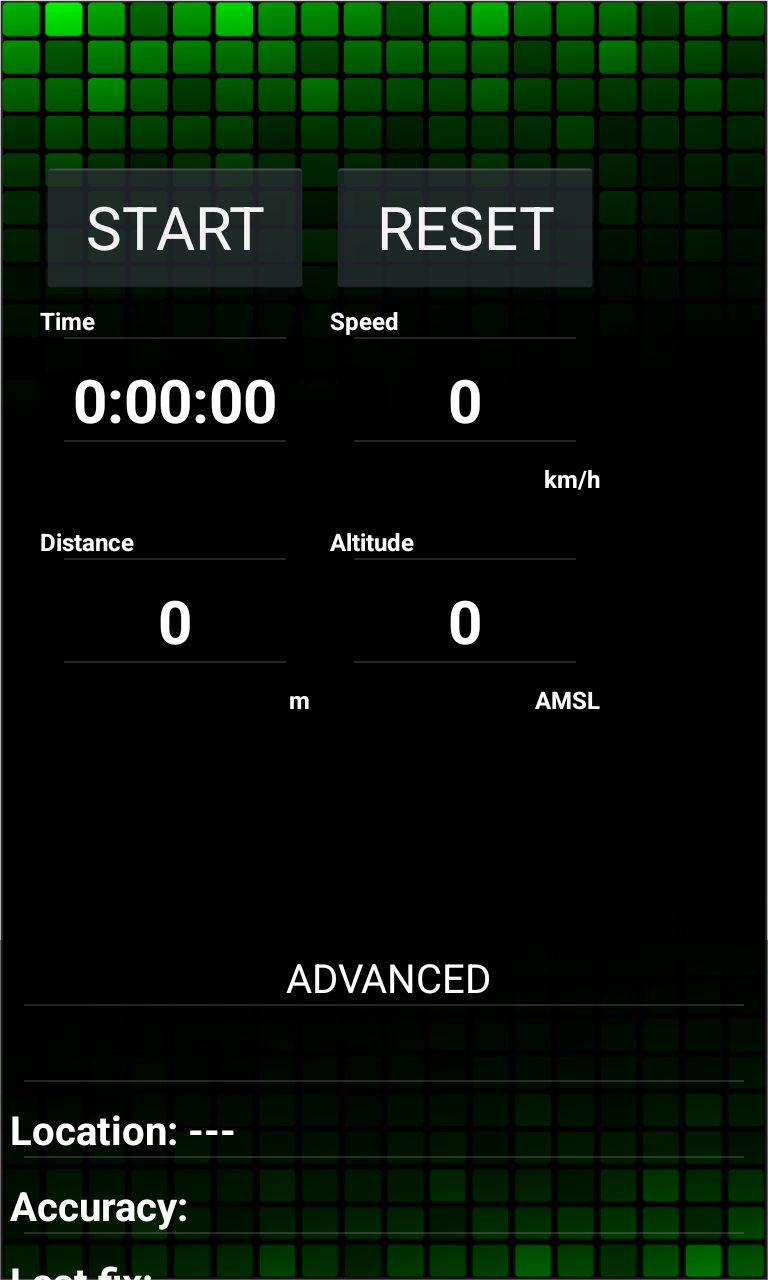
Repository: sebastianR1001/GeoApplication
Layout: GeoApplication/res/layout/activity_fullscreen.xml
An editor plug-in stored every save of this project. The layout is shown before and after the next save, followed by the edit.
It is drawn on a 768 x 1280 px phone screen (xhdpi) without system bars, with theme FullscreenTheme; the app's code is not run.

Above is the layout before, as saved 2014-11-05 08:01:53.

### GeoApplication/res/layout/activity_fullscreen.xml
<FrameLayout xmlns:android="http://schemas.android.com/apk/res/android"
    xmlns:tools="http://schemas.android.com/tools"
    android:layout_width="match_parent"
    android:layout_height="match_parent"
    android:background="@drawable/alik"
    tools:context="geo.geoapplication.FullscreenActivity" >

    <!--
         The primary full-screen view. This can be replaced with whatever view
         is needed to present your content, e.g. VideoView, SurfaceView,
         TextureView, etc.
    -->

    <TextView
        android:id="@+id/fullscreen_content"
        android:layout_width="match_parent"
        android:layout_height="match_parent"
        android:gravity="center"
        android:keepScreenOn="true"
        android:textSize="50sp"
        android:textStyle="bold" />

     <TableLayout
        android:layout_width="wrap_content"
        android:layout_height="wrap_content"
        android:layout_marginTop="80dp"
        android:layout_marginLeft="10dp"
        android:layout_marginRight="10dp"  >

         <TableRow
            android:id="@+id/tableRow0"
            android:layout_width="wrap_content"
            android:layout_height="wrap_content"
            >

            <Button
		        android:id="@+id/startButton"
		        android:layout_width="135dp"
		        android:layout_height="67dp"
		        android:layout_marginLeft="10dp"
		        android:textSize="30sp"
		        android:text="@string/startButton" />

		     <Button
		        android:id="@+id/resetButton"
		        android:layout_width="135dp"
		        android:layout_height="67dp"
		        android:layout_marginRight="10dp"
		        android:layout_marginLeft="10dp"
		        android:textSize="30sp"
		        android:text="@string/resetButton" />

        </TableRow>

        <TableRow
            android:id="@+id/tableRow1"
            android:layout_width="wrap_content"
            android:layout_height="wrap_content"
            >

            <LinearLayout
		        android:id="@+id/timeLayout"
		        style="?metaButtonBarStyle"
		        android:layout_width="wrap_content"
		        android:layout_height="wrap_content"
		        android:layout_weight="5"
		        android:layout_marginLeft="10dp"
		        android:background="@color/black_overlay"
		        android:orientation="vertical"
		        tools:ignore="UselessParent" >

			    <TextView
			        android:layout_width="match_parent"
			        android:layout_height="match_parent"
			        android:layout_marginTop="5dp"
			        android:text="@string/timeText"
			        android:id="@+id/timeText"
			        android:textColor="#ffffff"
			        android:textSize="12sp"
			        android:textStyle="bold" />

			    <TextView
			        android:layout_width="match_parent"
			        android:layout_height="match_parent"
			        android:text="@string/time"
			        android:id="@+id/time"
			        android:layout_marginTop="10dp"
			        android:gravity="center"
			        android:textColor="#ffffff"
			        android:textSize="30sp"
			        android:textStyle="bold" />

			    <TextView
			        android:layout_width="match_parent"
			        android:layout_height="match_parent"
			        android:layout_marginTop="10dp"
			        android:textColor="#ffffff"
			        android:textSize="12sp"
			        android:textStyle="bold" />

	        </LinearLayout>

			<LinearLayout
		        android:id="@+id/speedLayout"
		        style="?metaButtonBarStyle"
		        android:layout_width="wrap_content"
		        android:layout_height="wrap_content"
		        android:layout_weight="5"
		        android:layout_marginRight="10dp"
		        android:layout_marginLeft="10dp"
		        android:background="@color/black_overlay"
		        android:orientation="vertical"
		        tools:ignore="UselessParent" >

			    <TextView
			        android:layout_width="match_parent"
			        android:layout_height="match_parent"
			        android:layout_marginTop="5dp"
			        android:text="@string/speedText"
			        android:id="@+id/speedText"
			        android:textColor="#ffffff"
			        android:textSize="12sp"
			        android:textStyle="bold" />

			    <TextView
			        android:layout_width="match_parent"
			        android:layout_height="match_parent"
			        android:text="@string/speed"
			        android:id="@+id/speed"
			        android:layout_marginTop="10dp"
			        android:gravity="center"
			        android:textColor="#ffffff"
			        android:textSize="30sp"
			        android:textStyle="bold" />

			    <TextView
			        android:layout_width="match_parent"
			        android:layout_height="match_parent"
			        android:layout_marginTop="10dp"
			        android:text="@string/speedUnit"
			        android:id="@+id/speedUnit"
			        android:textColor="#ffffff"
			        android:textSize="12sp"
			        android:gravity="right"
			        android:textStyle="bold" />

	        </LinearLayout>

        </TableRow>

        <TableRow
            android:id="@+id/tableRow4"
            android:layout_width="wrap_content"
            android:layout_height="wrap_content"
            android:layout_marginTop="10dp"
            >

            <LinearLayout
		        android:id="@+id/distanceLayout"
		        style="?metaButtonBarStyle"
		        android:layout_width="wrap_content"
		        android:layout_height="wrap_content"
		        android:layout_weight="5"
		        android:layout_marginLeft="10dp"
		        android:background="@color/black_overlay"
		        android:orientation="vertical"
		        tools:ignore="UselessParent" >

			    <TextView
			        android:layout_width="match_parent"
			        android:layout_height="match_parent"
			        android:layout_marginTop="5dp"
			        android:text="@string/distanceText"
			        android:id="@+id/distanceText"
			        android:textColor="#ffffff"
			        android:textSize="12sp"
			        android:textStyle="bold" />

			    <TextView
			        android:layout_width="match_parent"
			        android:layout_height="match_parent"
			        android:text="@string/distance"
			        android:id="@+id/distance"
			        android:layout_marginTop="10dp"
			        android:gravity="center"
			        android:textColor="#ffffff"
			        android:textSize="30sp"
			        android:textStyle="bold" />

			    <TextView
			        android:layout_width="match_parent"
			        android:layout_height="match_parent"
			        android:layout_marginTop="10dp"
			        android:text="@string/distanceUnit"
			        android:id="@+id/distanceUnit"
			        android:textColor="#ffffff"
			        android:gravity="right"
			        android:textSize="12sp"
			        android:textStyle="bold" />

	        </LinearLayout>

			<LinearLayout
		        android:id="@+id/elevationLayout"
		        style="?metaButtonBarStyle"
		        android:layout_width="wrap_content"
		        android:layout_height="wrap_content"
		        android:layout_weight="5"
		        android:layout_marginRight="10dp"
		        android:layout_marginLeft="10dp"
		        android:background="@color/black_overlay"
		        android:orientation="vertical"
		        tools:ignore="UselessParent" >

			    <TextView
			        android:layout_width="match_parent"
			        android:layout_height="match_parent"
			        android:layout_marginTop="5dp"
			        android:text="@string/altitudeText"
			        android:id="@+id/altitudeText"
			        android:textColor="#ffffff"
			        android:textSize="12sp"
			        android:textStyle="bold" />

			    <TextView
			        android:layout_width="match_parent"
			        android:layout_height="match_parent"
			        android:text="@string/altitude"
			        android:id="@+id/altitude"
			        android:layout_marginTop="10dp"
			        android:gravity="center"
			        android:textColor="#ffffff"
			        android:textSize="30sp"
			        android:textStyle="bold" />

			    <TextView
			        android:layout_width="match_parent"
			        android:layout_height="match_parent"
			        android:layout_marginTop="10dp"
			        android:text="@string/altitudeUnit"
			        android:id="@+id/altitudeUnit"
			        android:textColor="#ffffff"
			        android:gravity="right"
			        android:textSize="12sp"
			        android:textStyle="bold" />

	        </LinearLayout>

        </TableRow>

    </TableLayout>

	   <LinearLayout
	        android:id="@+id/advanced"
	        style="?metaButtonBarStyle"
	        android:layout_width="match_parent"

	        android:layout_height="170dp"
	        android:layout_gravity="bottom|center_horizontal"
	        android:background="@color/black_overlay"
	        android:orientation="vertical"
	        tools:ignore="UselessParent" >

	       <TextView
		        android:id="@+id/advancedInformation"
		        android:layout_width="wrap_content"
                android:layout_height="wrap_content"
                android:text="@string/advancedText"
		        android:paddingTop="5dp"
		        android:paddingLeft="5dp"
		        android:layout_gravity="top|center_horizontal"
		        android:textColor="#ffffff"
		        android:textSize="20sp" />

	       <TextView
		        android:id="@+id/gpsInformation"
		        android:layout_width="wrap_content"
                android:layout_height="wrap_content"
		        android:paddingTop="10dp"
		        android:paddingLeft="5dp"
		        android:textColor="#ffffff"
		        android:textSize="20sp" />

		    <TextView
		        android:id="@+id/viewLocation"
		        android:layout_width="wrap_content"
		        android:layout_height="wrap_content"
		        android:paddingTop="10dp"
		        android:paddingLeft="5dp"
		        android:keepScreenOn="true"
		        android:text="@string/location"
		        android:textColor="#ffffff"
		        android:textSize="20sp"
		        android:textStyle="bold" />

	        <TextView
		        android:layout_width="wrap_content"
                android:layout_height="wrap_content"
		        android:paddingTop="10dp"
		        android:paddingLeft="5dp"
		        android:text="@string/accuracy"
		        android:id="@+id/accuracy"
		        android:textColor="#ffffff"
		        android:textSize="20sp"
		        android:textStyle="bold" />

	        <TextView
		        android:layout_width="wrap_content"
                android:layout_height="wrap_content"
		        android:paddingTop="10dp"
		        android:paddingLeft="5dp"
		        android:text="@string/last_fix"
		        android:id="@+id/lastFix"
		        android:textColor="#ffffff"
		        android:textSize="20sp"
		        android:textStyle="bold" />

	        <TextView
		        android:layout_width="wrap_content"
                android:layout_height="wrap_content"
		        android:paddingTop="10dp"
		        android:paddingLeft="5dp"
		        android:text="@string/userName"
		        android:id="@+id/userName"
		        android:textColor="#ffffff"
		        android:textSize="20sp"
		        android:textStyle="bold" />

        </LinearLayout>


    <FrameLayout
        android:layout_width="match_parent"
        android:layout_height="match_parent"
        android:fitsSystemWindows="true" >

        <LinearLayout
            android:id="@+id/fullscreen_content_controls"
            style="?metaButtonBarStyle"
            android:layout_width="match_parent"
            android:layout_height="wrap_content"
            android:layout_gravity="bottom|center_horizontal"
            android:background="@color/black_overlay"
            android:orientation="horizontal"
            tools:ignore="UselessParent" >
        </LinearLayout>

        <requestFocus />


    </FrameLayout>
    <!--
         This FrameLayout insets its children based on system windows using
         android:fitsSystemWindows.
    -->

</FrameLayout>

### GeoApplication/res/values/strings.xml
<?xml version="1.0" encoding="utf-8"?>
<resources>

    <string name="app_name">GeoApplication</string>
    <string name="dummy_button">Dummy Button</string>
    <string name="dummy_content">DUMMY\nCONTENT</string>
    <string name="geo_application">GEO\nAPPLICATION</string>

    <string name="location">Location: ---</string>

    <string name="speedText">Speed</string>
    <string name="speed">0</string>
    <string name="speedUnit">km/h</string>

    <string name="time">0:00:00</string>
    <string name="timeText">Time</string>

    <string name="accuracy">Accuracy:</string>

    <string name="distance">0</string>
    <string name="distanceUnit">m</string>
    <string name="distanceText">Distance</string>

    <string name="altitude">0</string>
    <string name="altitudeUnit">AMSL</string>
    <string name="altitudeText">Altitude</string>

    <string name="last_fix">Last fix:</string>

    <string name="userText">USER</string>
    <string name="passwordText">PASSWORD</string>

    <string name="userName">user: </string>

    <string name="startButton">START</string>
    <string name="stopButton">STOP</string>
    <string name="resetButton">RESET</string>
    <string name="loginButton">LOGIN</string>
    <string name="newAccountButton">REGISTRATION</string>

    <string name="advancedText">ADVANCED</string>


</resources>

Loaded but not shown: GeoApplication/res/values-v11/styles.xml (common file); GeoApplication/res/values/styles.xml (common file); GeoApplication/res/values/colors.xml (common file)

After the next save:
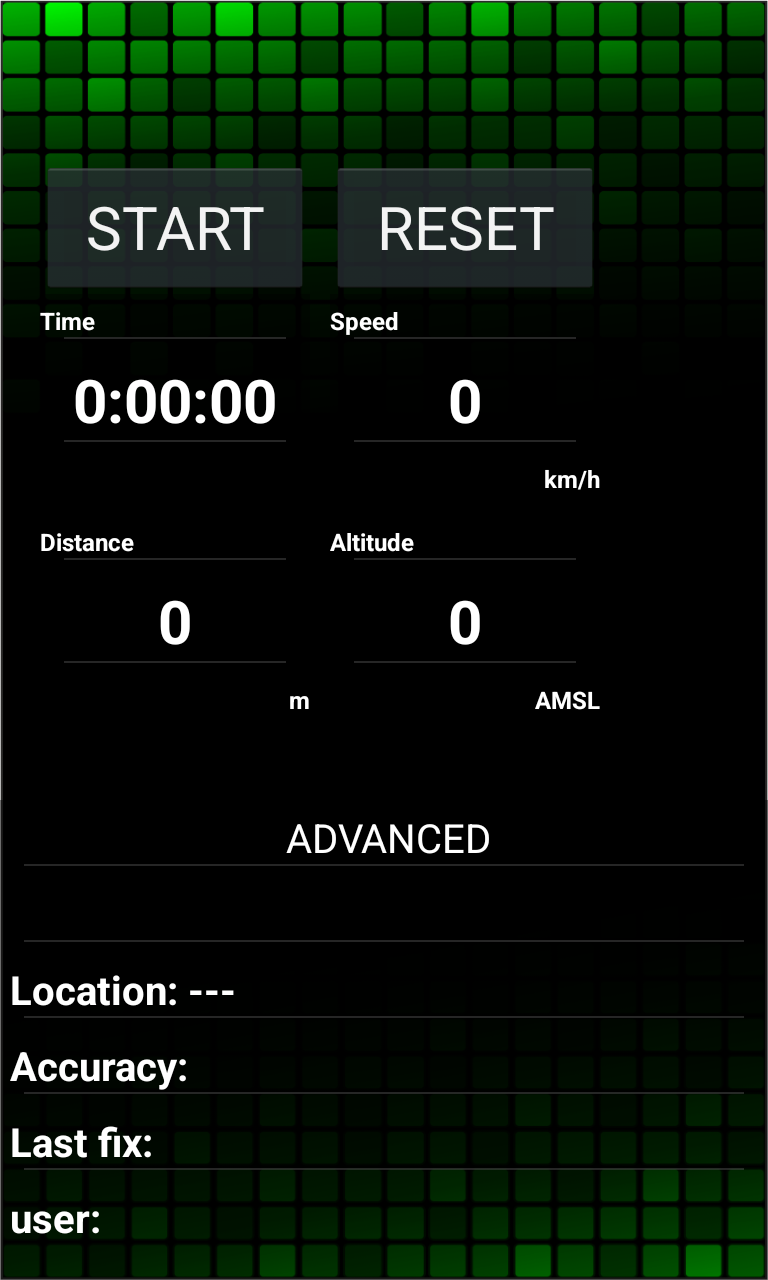
Saved 10 s later.
--- a/GeoApplication/res/layout/activity_fullscreen.xml
+++ b/GeoApplication/res/layout/activity_fullscreen.xml
@@ -255,7 +255,7 @@
 	        style="?metaButtonBarStyle"
 	        android:layout_width="match_parent"
 
-	        android:layout_height="170dp"
+	        android:layout_height="240dp"
 	        android:layout_gravity="bottom|center_horizontal"
 	        android:background="@color/black_overlay"
 	        android:orientation="vertical"
